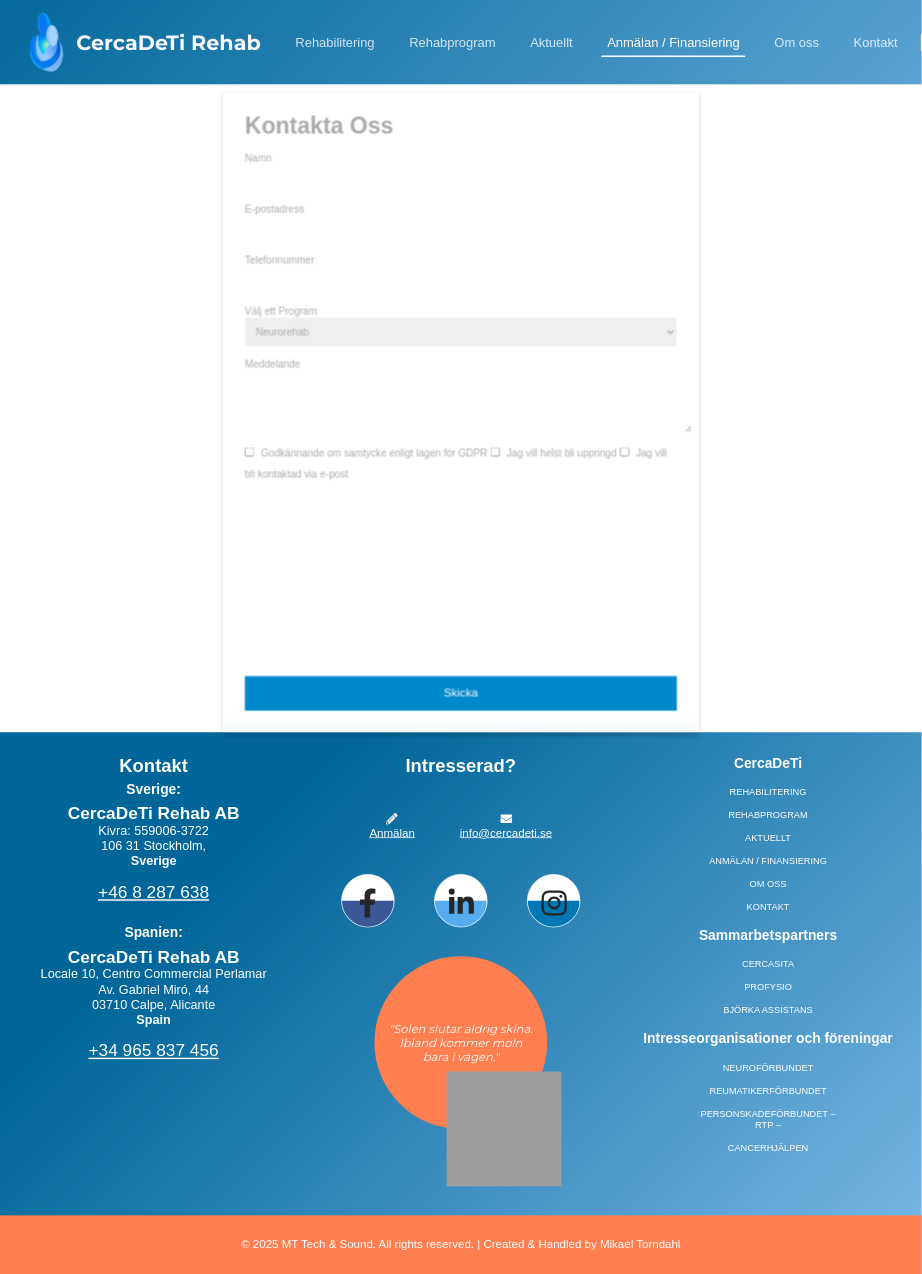
Repository: micketorndahl/CercaDeTi-rehab
Page: anmalan-form.html
These files come from the project's save history. The page is drawn as it stood at one moment and after the next save; the edit follows.
The browser window is 1280 px wide. The pictures show the whole page, at 72% of full size.
Pictures or frames that could not be fetched are drawn as grey boxes. The page's requests for data from a server got no answer. Some web fonts or font styles are not loaded; a fallback is used. Some web libraries are served in a nearby version.

Above is the page before, as saved 2025-02-01 18:32:00.
Console error: TypeError: Cannot read properties of null (reading 'addEventListener')

### anmalan-form.html
<!DOCTYPE html>
<html lang="en">
  <head>
    <meta charset="UTF-8" />
    <meta name="viewport" content="width=device-width, initial-scale=1.0" />

    <link
      rel="stylesheet"
      href="https://use.fontawesome.com/releases/v5.6.3/css/all.css"
      integrity="sha384-UHRtZLI+pbxtHCWp1t77Bi1L4ZtiqrqD80Kn4Z8NTSRyMA2Fd33n5dQ8lWUE00s/"
      crossorigin="anonymous"
    />

    <script src="https://cdnjs.cloudflare.com/ajax/libs/font-awesome/5.15.4/js/all.min.js"></script>

    <link rel="stylesheet" href="style.css" />
    <link rel="stylesheet" href="tailwind.css" />
    <title>CercaDeTi Rehab</title>
  </head>
  <body>
    <div class="site-container">
      <header class="header">
        <div class="logo-wrapper">
          <div class="logo">
            <div class="logo-and-text">
              <a href="index.html">
                <img src="/images/cropped-CDTR.gif" alt="Logo" />
                <h1 class="cercadeti">CercaDeTi Rehab</h1>
              </a>
            </div>
          </div>
        </div>

        <nav class="main-nav">
          <div class="nav-container">
            <ul>
              <li>
                <a href="rehabilitering.html">Rehabilitering</a>
              </li>
              <li><a href="rehabprogram.html">Rehabprogram</a></li>
              <li><a href="aktuellt.html">Aktuellt</a></li>
              <li>
                <a href="anmalan-finans.html" class="active"
                  >Anmälan / Finansiering</a
                >
              </li>
              <li><a href="om-oss.html">Om oss</a></li>
              <li><a href="kontakt.html">Kontakt</a></li>
            </ul>
          </div>
        </nav>

        <div class="social-container">
          <div class="social">
            <ul>
              <li>
                <a href="https://www.facebook.com/CercadetiRehab/"
                  ><i class="fab fa-facebook-f icon"></i
                ></a>
              </li>
              <li>
                <a href="https://www.linkedin.com/company/cercadeti-rehab-ab"
                  ><i class="fab fa-linkedin-in icon"></i
                ></a>
              </li>
              <li>
                <a href="https://www.instagram.com/cercadetirehab/"
                  ><i class="fab fa-instagram icon"></i
                ></a>
              </li>
            </ul>
          </div>
        </div>
      </header>

      <div class="content">
        <div class="form-container">
          <form class="contact-form">
            <h2>Kontakta Oss</h2>

            <label for="name">Namn</label>
            <input type="text" id="name" name="name" required />

            <label for="email">E-postadress</label>
            <input type="email" id="email" name="email" required />

            <label for="phone">Telefonnummer</label>
            <input type="tel" id="phone" name="phone" required />

            <label for="program">Välj ett Program</label>
            <select id="program" name="program" required>
              <option value="neurorehab">Neurorehab</option>
              <option value="reumarehab">Reumarehab</option>
              <option value="cancerrehab">Cancerrehab</option>
              <option value="stressrehab">Stressrehab</option>
              <option value="närståendeprogram">Närståendeprogram</option>
            </select>

            <label for="message">Meddelande</label>
            <textarea id="message" name="message" rows="4" required></textarea>

            <div class="checkbox-container">
              <input type="checkbox" id="gdpr" name="gdpr" required />
              <label for="gdpr"
                >Godkännande om samtycke enligt lagen för GDPR</label
              >

              <input type="checkbox" id="call" name="call" />
              <label for="call">Jag vill helst bli uppringd</label>

              <input type="checkbox" id="emailContact" name="emailContact" />
              <label for="emailContact"
                >Jag vill bli kontaktad via e-post</label
              >
            </div>

            <p class="info-text">
              Du är alltid välkommen att kontakta oss. Dina uppgifter hanteras
              enligt vår Integritetspolicy och samtycke enligt GDPR när du
              sänder information till oss.
            </p>

            <button type="submit" class="submit-btn">Skicka</button>
          </form>
        </div>
      </div>

      <!-- FOOTER START -->
      <footer class="footer-container">
        <div class="footer-top">
          <div class="footarea1 footer-shared">
            <h3>Kontakt</h3>

            <address class="address-shared address-se">
              <h5>Sverige:</h5>
              <strong
                ><span class="address-company-name"
                  >CercaDeTi Rehab AB</span
                ></strong
              ><br />
              <span class="address-location">Kivra: 559006-3722</span><br />
              <span class="address-city">106 31 Stockholm,</span><br />
              <span class="address-country"
                ><strong>Sverige</strong><br
              /></span>
              <br />
              <span class="telephone"
                ><a href="tel:+468287638">+46 8 287 638</a></span
              >
            </address>

            <div class="address-shared address-es">
              <address>
                <h5>Spanien:</h5>
                <strong
                  ><span class="address-company-name"
                    >CercaDeTi Rehab AB</span
                  > </strong
                ><br />
                <span class="address-location"
                  >Locale 10, Centro Commercial Perlamar</span
                ><br />
                <span class="address-street">Av. Gabriel Miró, 44</span><br />
                <span class="address-city">03710 Calpe, Alicante<br /></span>
                <span class="address-country"
                  ><strong>Spain</strong><br
                /></span>
                <br />
                <span class="telephone"
                  ><a href="tel:+34965837456">+34 965 837 456</a></span
                >
              </address>
            </div>
          </div>
          <div class="footarea2 footer-shared">
            <h3>Intresserad?</h3>
            <div class="footarea2-links">
              <a href=""><i class="fas fa-pencil-alt"></i> Anmälan</a>
              <a href="mailto:info@cercadeti.se"
                ><i class="fas fa-envelope"></i> info@cercadeti.se</a
              >
            </div>
            <div class="social-footer">
              <ul>
                <li>
                  <a href="https://www.facebook.com/CercadetiRehab/">
                    <i class="fab fa-facebook-f icon"></i>
                  </a>
                </li>

                <li>
                  <a href="https://www.linkedin.com/company/cercadeti-rehab-ab"
                    ><i class="fab fa-linkedin-in icon"></i
                  ></a>
                </li>
                <li>
                  <a href="https://www.instagram.com/cercadetirehab/"
                    ><i class="fab fa-instagram icon"></i
                  ></a>
                </li>
              </ul>
            </div>
            <div class="image-container-footer">
              <div class="image-wrapper">
                <p class="footer-quote">
                  "Solen slutar aldrig skina. Ibland kommer moln bara i vägen."
                </p>
                <img src="images/weelchair.icon.png" alt="wheelchair-icon" />
              </div>
            </div>
          </div>
          <div class="footarea3 footer-shared">
            <nav class="footer-nav">
              <div class="link-column1">
                <h4>CercaDeTi</h4>
                <ul>
                  <li><a href="rehabilitering.html">Rehabilitering</a></li>
                  <li><a href="rehabprogram.html">Rehabprogram</a></li>
                  <li><a href="aktuellt.html">Aktuellt</a></li>
                  <li>
                    <a href="anmalan-finans.html">Anmälan / Finansiering</a>
                  </li>
                  <li><a href="om-oss.html">Om oss</a></li>
                  <li><a href="kontakt.html">Kontakt</a></li>
                </ul>
              </div>

              <div class="link-column2">
                <h4>Sammarbetspartners</h4>
                <ul>
                  <li><a href="https://cercasita.com/">Cercasita</a></li>
                  <li><a href="https://profysio.es/">ProFysio</a></li>
                  <li>
                    <a href="https://www.bjorka-assistans.se/"
                      >Björka Assistans</a
                    >
                  </li>
                </ul>
              </div>

              <div class="link-column3">
                <h4>Intresseorganisationer och föreningar</h4>
                <ul>
                  <li><a href="https://neuro.se/">Neuroförbundet</a></li>
                  <li>
                    <a href="https://reumatiker.se/">Reumatikerförbundet</a>
                  </li>
                  <li>
                    <a href="https://rtp.se/">Personskadeförbundet – RTP – </a>
                  </li>
                  <li>
                    <a href="http://www.cancerhjalpen.se/">Cancerhjälpen</a>
                  </li>
                </ul>
              </div>
            </nav>
          </div>
        </div>
        <div class="footer-bottom">
          <div class="copyright">
            &copy; 2025 MT Tech &amp; Sound. All rights reserved. | Created
            &amp; Handled by Mikael Torndahl
          </div>
          <div class="additional-info"></div>
        </div>
      </footer>
      <!-- FOOTER END -->
    </div>
    <!-- SCRIPT SRCS -->
    <script src="js/script.js"></script>
    <script src="js/weather-api.js"></script>
  </body>
</html>

### style.css
@import url("css/reset.css");
@import url("css/standard.css");
@import url("css/variables.css");
@import url("css/typography.css");
@import url("css/layout.css");
@import url("css/navigation.css");
@import url("css/post.css");
@import url("css/footer.css");
@import url("css/searchbox.css");
@import url("css/page-templates.css");
@import url("css/mq-tablet.css");
@import url("css/mq-phone.css");
@import url("css/effects.css");

### css/standard.css
/*
/* STANDARD
*/

html {
  scroll-behavior: smooth;
}

a {
  text-decoration: none;
}

[class*="fa"]:not([class*="fab"]) {
  display: block;
  margin: 0 auto;
  padding: 0.2rem;
}

### css/typography.css
/*
/* HEADLINES
*/

body {
  background-color: var(--white);
  color: var(--gray-paragraph);
  font-style: normal;
}

.content p,
.container-index p {
  font-size: 1.5rem;
  font-weight: 300;
  white-space: pre-wrap;
  text-align: center;
  margin: 0.5rem;
  word-wrap: break-word;
  line-height: 1.5;
}

body,
.content p,
container-index p,
.address-company-name,
address span,
h1,
h2,
h3,
h4,
h5,
h6 {
  font-family: var(--font-secondary), sans-serif;
  margin: 0;
  padding: 0;
}

h1,
h2,
h3,
h4,
h5,
h6 {
  font-weight: bold;
}

h1 {
  font-size: 2rem;
}
h2 {
  font-size: calc(5rem + 1vw);
}

h3 {
  font-size: 1.6rem;
  color: var(--white);
  margin-bottom: 0.5rem;
}
h4 {
  font-size: 1.2rem;
  color: var(--white);
  margin-bottom: 0.5rem;
}
h5 {
  font-size: 1.2rem;
  font-style: normal;
  padding: 0;
}
h6 {
  font-size: 1rem;
}

.banner-content h2 {
  font-family: var(--font-ten), sans-serif;
  font-size: 6rem;
  font-style: bold;
  line-height: 1.2;
  margin-top: 0.5rem;
  color: var(--white);
}

.address-company-name {
  font-size: 1.5rem;
  font-weight: bold;
  font-style: normal;
}

address span {
  font-style: normal;
  font-size: 1.1rem;
  font-weight: 400;
  margin: 0;
  padding: 0;
}

### css/layout.css
/*
/* LAYOUT
*/

.site-container {
  flex: 1;
  display: flex;
  flex-direction: column;
  margin: 0 auto;
  width: 100%;
}

.header {
  background: linear-gradient(
    135deg,
    var(--color-quaternary) 25%,
    var(--color-tertiary) 100%
  );
  background-size: 200% 100%;
  display: flex;
  justify-content: space-between;
  align-items: center;
  margin: 0;
  z-index: 1000;
  width: 100%;
  position: fixed;
  box-shadow: 0 1px 3px rgba(0, 0, 0, 0.1), 0 1px 2px rgba(0, 0, 0, 0.06);
  animation: shineEffect 7s infinite linear;
}

.header > div {
  flex: 1; /* Makes each section take up equal space */
}

.logo-wrapper {
  display: flex;
  flex-direction: row;
  justify-content: center;
  flex-grow: 1;
  flex-shrink: 0;
  position: relative;
  animation: shineEffect 4s ease-in-out infinite;
}

@keyframes shineEffect {
  0% {
    background-position: 0% 50%;
    box-shadow: 0 0 10px var(--background-color-blue);
  }
  50% {
    background-position: 100% 50%;
    box-shadow: 0 0 20px var(--background-color-light-blue);
  }
  100% {
    background-position: 0% 50%;
    box-shadow: 0 0 10px var(--background-color-blue);
  }
}

.logo {
  display: flex;
  flex-direction: row;
  align-items: center;
  padding: 0;
}

.logo img {
  width: 50px;
  height: 85px;
  transition: transform 0.3s ease-in-out, filter 0.3s ease-in-out;
  padding: 0 1rem;
}

.logo img {
  animation: pulse 2.5s infinite;
}

@keyframes pulse {
  0%,
  100% {
    transform: scale(1);
    filter: brightness(1) hue-rotate(0deg) saturate(1);
  }
  50% {
    transform: scale(1.05);
    filter: brightness(1.1) hue-rotate(10deg) saturate(1.3);
  }
}

.logo-and-text {
  display: flex;
  flex-direction: row;
  justify-content: center;
  align-items: center;
  margin: 0;
  padding: 1rem 1.5rem;
}

.logo-and-text a {
  display: flex;
  flex-direction: row;
  align-items: center;
}

h1.cercadeti {
  font-family: var(--font-eight), sans-serif;
  font-size: 1.8rem;
  font-weight: 700;
  color: var(--ghost-white);
  white-space: nowrap;
}

.ctas-container {
  display: flex;
  justify-content: center;
  align-items: center;
}

.button-CTA {
  background-color: var(--color-secondary);
  padding: 1rem 2.6rem;
  border-radius: 3rem;
  box-shadow: rgba(0, 0, 0, 0.1) 0 2px 4px;
  color: #ffffff;
  font-family: Pontano Sans, sans-serif;
  font-size: 1rem;
  font-weight: 500;
  outline: 0;
  text-align: center;
  text-transform: uppercase;
  text-decoration: none;
  margin: 2rem 0.5rem;
  border: 0;
  cursor: pointer;
  transition: all 0.3s ease-in-out;
  position: relative;
  z-index: 1;
  transform-origin: center;
}

/* First button: Transparent effect on hover */
.button-CTA:nth-of-type(1) {
  background-color: var(--color-primary);
}

.button-CTA:nth-of-type(1):hover {
  background-color: rgba(227, 227, 227, 0.1);
  color: white;
  /* Use outline instead of border */
  outline: 1px solid var(--color-primary); /* Or 2px as you prefer */
  outline-offset: -1px; /* Adjust if needed to make outline appear as border */
  box-shadow: rgba(0, 0, 0, 0.2) 0 4px 8px;
  transform: scale(1.05);
}

/* Second button: More vibrant on hover */
.button-CTA:nth-of-type(2) {
  background-color: var(--color-secondary);
}

.button-CTA:nth-of-type(2):hover {
  background-color: #ff5722;
  box-shadow: rgba(0, 0, 0, 0.25) 0 6px 12px;
  /* Scale on hover */
  transform: scale(1.05); /* Adjust scale factor as desired */
}

.button-CTA:active {
  transform: translateY(1px) scale(0.95); /* Scale down slightly on active */
  box-shadow: rgba(0, 0, 0, 0.1) 0 2px 4px;
}

.banner {
  position: relative;
  display: flex;
  flex-direction: column;
  min-height: 100vh;
  background-image: url(../images/banner-index.jpg);
  background-repeat: no-repeat;
  background-size: cover;
  background-attachment: fixed;
  background-position: center top;
  padding-top: 100px;
}

.banner::before {
  content: "";
  position: absolute;
  top: 0;
  left: 0;
  width: 100%;
  height: 60%; /* Only darken the top part */
  background: linear-gradient(to bottom, rgba(0, 0, 0, 0.6), rgba(0, 0, 0, 0));
  z-index: 1;
}

#banner-aktuellt {
  background-image: url(../images/banner-aktuellt.jpg);
}

#banner-anmalan-finans {
  background-image: url(../images/banner-anmalan-finans.jpg);
}

#banner-kontakt {
  background-image: url(../images/rehab10.jpg);
  background-position: center center;
}

#banner-om-oss {
  background-image: url(../images/rehab11.jpg);
  background-position: center center;
}

#banner-rehabilitering {
  background-image: url(../images/banner-rehabilitering.jpg);
}

.banner-content {
  position: relative;
  z-index: 2; /* Ensures the text appears above the dark overlay */
  display: flex;
  flex-direction: column;
  justify-content: space-around;
  align-items: center;
}

.slogan {
  padding: 5rem;
  color: var(--white);
  text-align: center;
}

.content {
  width: 60%;
  margin: 0 auto;
  display: flex;
  align-items: center; /* Vertically center grid items */
  justify-content: center; /* Horizontally align items */
}

.content-3col {
  display: grid;
  grid-template-columns: 1fr 3fr 1fr; /* Left Sidebar - Main Content - Right Sidebar */
  grid-template-rows: auto; /* Allow content to dictate height */
  grid-template-areas: "left main right"; /* Define named grid areas */
}

section.main {
  grid-column:
  display: flex;
  flex-direction: column;
  text-align: center;
  background: var(--white);

}

section.main h2 {
  font-size: 3rem;
  color: var(--text-dark);
}

aside {
  display: flex;
  flex-direction: column;
  justify-content: center;
  align-items: center;
}

aside.sidebar-left {
  grid-column: 1;
  display: flex;
  align-items: center; /* Vertically center content */
  justify-content: center; /* Horizontally center content */
}

aside.sidebar-right {
  grid-column: 3;
  display: flex;
  align-items: center;
  justify-content: center; /* Ensures vertical centering */
}

aside h3 {
  color: var(--text-dark);
}

.form-container {
  background: rgba(255, 255, 255, 0.1);
  backdrop-filter: blur(10px);
  margin-top: 8rem;
  padding: 30px;
  border-radius: var(--border-radius);
  width: 100%;
  max-width: 600px;
  box-shadow: 0 4px 6px rgba(0, 0, 0, 0.2);
  transition: transform 0.3s ease-in-out;
}

.form-container:hover {
  transform: translateY(-10px);
}

.contact-form h2 {
  font-size: 2rem;
  margin-bottom: 20px;
  color: var(--darkgray);
}

label {
  font-size: 14px;
  margin-bottom: 5px;
  background-color: var(--);
  color: var(--darkgray);
}

input, select, textarea {
  width: 100%;
  padding: 10px;
  margin-bottom: 15px;
  border: 1px solid rgba(255, 255, 255, 0.3);
  border-radius: var(--border-radius);
  background: --darkgray;
  color: var(--darkgray);
  font-size: 14px;
  outline: none;
}

input[type="checkbox"] {
  width: auto;
  margin-right: 5px;
}

textarea {
  resize: vertical;
}

.checkbox-container {
  margin-bottom: 20px;
}

.info-text {
  color: var(--white);
  font-size: 12px;
  margin-bottom: 20px;
}

.submit-btn {
  background-color: var(--color-primary);
  color: var(--white);
  border: none;
  padding: 15px;
  font-size: 16px;
  width: 100%;
  border-radius: var(--border-radius);
  cursor: pointer;
  transition: background-color 0.3s ease;
}

.submit-btn:hover {
  background-color: darken(var(--color-primary), 10%);
}

### css/navigation.css
/* NAV */

.main-nav {
  display: flex;
  justify-content: center;
  align-items: center;
  padding: 0;
  flex-grow: 0;
  flex-shrink: 0;
}

nav.main-nav ul {
  display: flex;
  margin: 0;
  padding: 0;
}

nav.main-nav ul li {
  list-style: none;
  margin: 0 1rem;
}

.main-nav a {
  position: relative;
  display: inline-block;
  padding: 0.5rem;
  text-decoration: none;
  transition: color 0.2s ease-in-out;
}

nav.main-nav ul li a {
  font-family: var(--font-secondary), sans-serif;
  font-size: 18px;
  font-weight: 400;
  line-height: 1rem;
  /* Slightly darker default color */
  color: var(--dullwhite);
  text-decoration: none;
  transition: all 0.4s ease-in-out;
}

nav.main-nav ul li a:hover {
  color: var(--white); /* Brighter on hover */
}

nav.main-nav ul li a.active {
  color: var(--white); /* Brightest when active */
}

nav.main-nav ul li a.active::after {
  content: "";
  position: absolute;
  left: 0;
  bottom: -4px;
  width: 100%;
  height: 1px; /* Adjusted height here */
  background-color: var(--white);
  border-radius: 2px;
  transition: transform 0.3s ease, background-color 0.3s ease;
}

/* Hover underline that grows from the left */
nav.main-nav ul li a::after {
  content: "";
  position: absolute;
  left: 0;
  bottom: -4px;
  width: 0;
  height: 1px;
  background-color: var(--white);
  border-radius: 2px;
  transition: width 0.6s ease, background-color 0.6s ease;
  opacity: 0;
}

nav.main-nav ul li a:hover::after {
  width: 100%;
  opacity: 1;
  height: 1px;
}

/* Active link styles */
nav.main-nav ul li a.active::after {
  width: 100%;
  height: 2px; /* Adjusted height here */
  opacity: 1;
}

.social-container {
  display: flex;
  justify-content: center;
  align-items: center;
  flex-grow: 1;
  flex-shrink: 1;
}

.social ul {
  display: flex;
  justify-content: space-evenly;
  margin: 0;
}

.social li {
  margin: 0.5rem;
}

.ctas-container {
  display: flex; /* Aligns buttons side by side */
  justify-content: center;
  align-items: center;
}

### css/post.css
/*
/* POST */
/*

### css/searchbox.css
/*
/* SEARCHBOX */
/*

### css/mq-tablet.css
/*
/* MQ-TABLET */
/*

### css/mq-phone.css
/*
/* MQ-PHONE*/
/*

Loaded but not shown: tailwind.css (library); js/script.js (117 lines, source omitted); js/weather-api.js (90 lines, source omitted); css/page-templates.css (379 lines, source omitted); css/reset.css (364 lines, source omitted); css/effects.css (235 lines, source omitted); css/variables.css (74 lines, source omitted); css/footer.css (189 lines, source omitted)

After the next save:
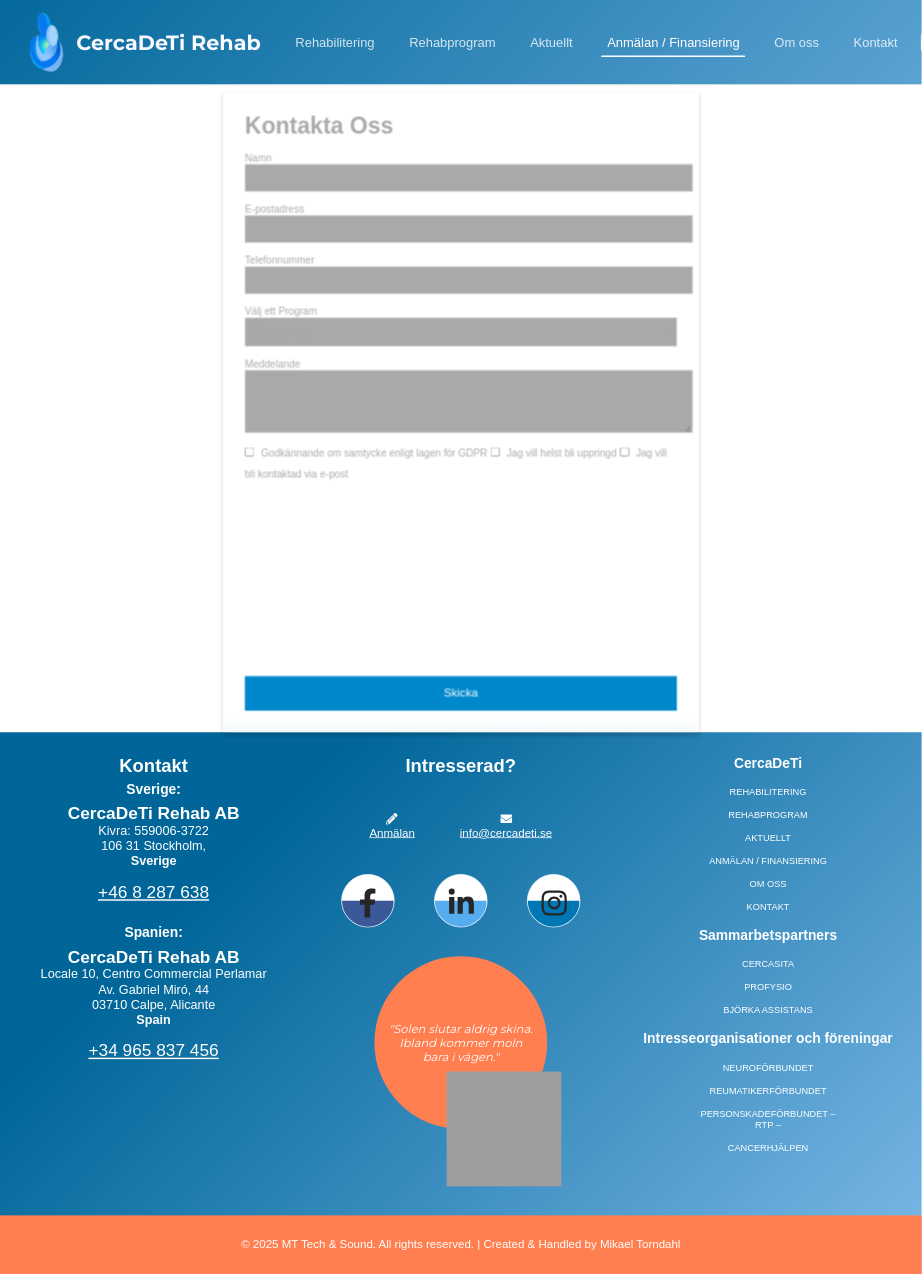
Saved 6 s later.
--- a/css/layout.css
+++ b/css/layout.css
@@ -320,7 +320,7 @@
   margin-bottom: 15px;
   border: 1px solid rgba(255, 255, 255, 0.3);
   border-radius: var(--border-radius);
-  background: --darkgray;
+  background: var(--darkgray);
   color: var(--darkgray);
   font-size: 14px;
   outline: none;
